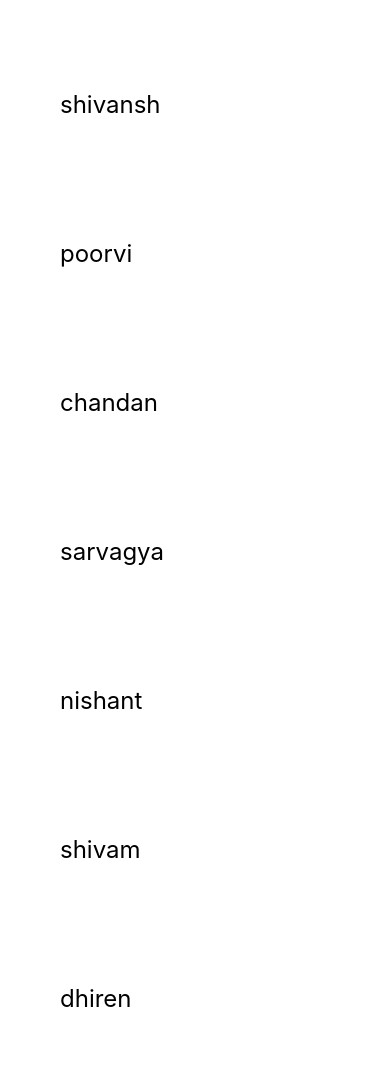
Repository: shiv0403/React-native-tutorial
Screen: /
These files come from the project's save history. The screen is drawn as it stood at one moment and after a run of saves; the edit follows.
The app was drawn by React Native's web renderer in a window 390 px wide. The project was rebuilt for these pictures with package versions that can differ from the ones it lists, and the page was loaded fresh each time.

Above is the screen before, as saved 2021-02-11 08:32:40.

After the next 2 saves:
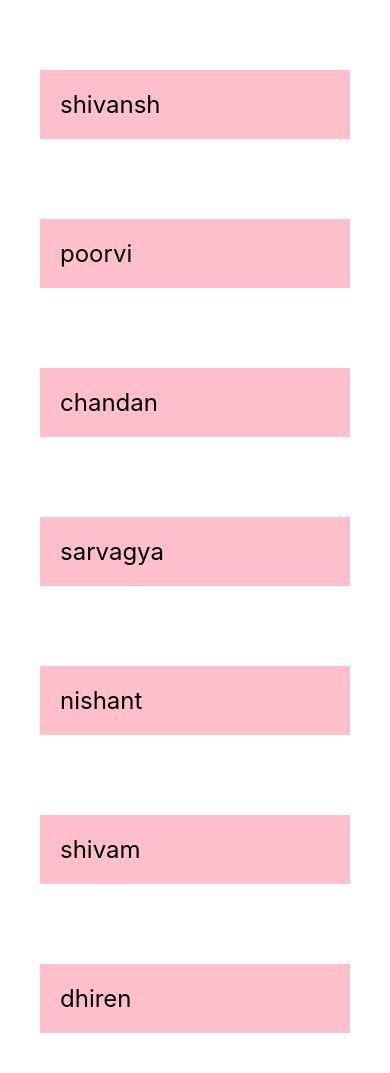
The 2 saves are shown as one change because they came seconds apart.
The last was saved 15 s later.
--- a/App.js
+++ b/App.js
@@ -41,6 +41,7 @@ const styles = StyleSheet.create({
     // justifyContent: "center",
   },
   text: {
+    backgroundColor: "pink",
     padding: 20,
     margin: 40,
     fontSize: 24,
